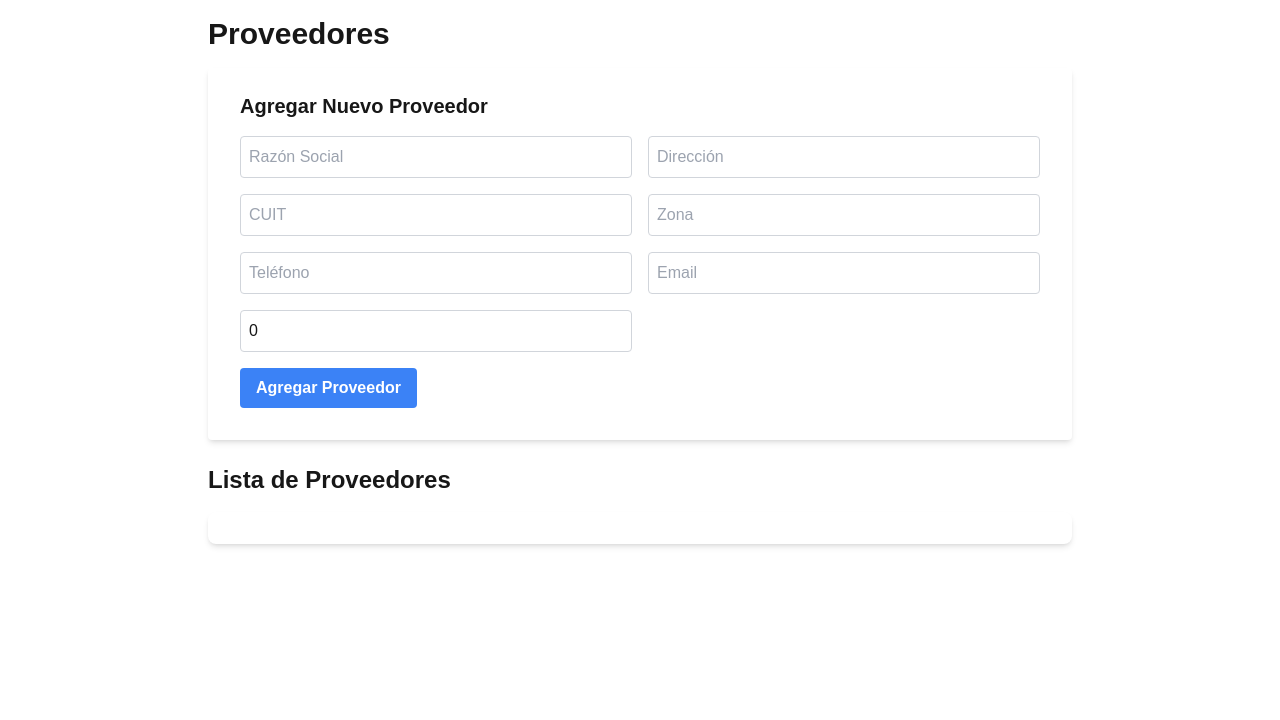
Repository: manucavallera/Sistema-Gestion
Page: /proveedores
These files come from the project's save history. The page is drawn as it stood at one moment and after the next save; the edit follows.
The browser window is 1280 px wide. The pictures show the whole page.
The page's requests for data from a server got no answer. The project was rebuilt for these pictures with package versions that can differ from the ones it lists, and the page was loaded fresh each time. The framework's server and built-in components were replaced by stand-ins that run in the browser. No one was signed in, and anything a server would have sent is missing. Also part of the build but not shown: next.config.mjs.

Above is the page before, as saved 2024-11-12 19:13:14.

After the next save:
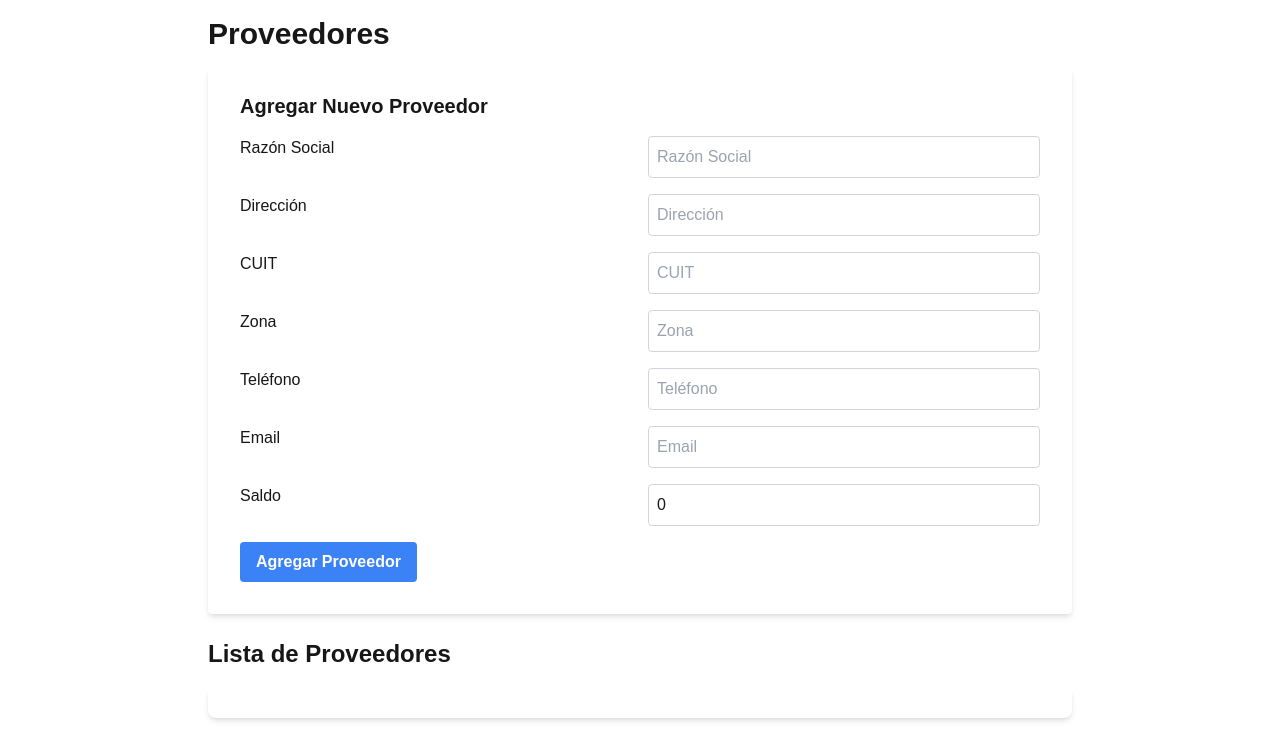
Saved 3 min 55 s later.
--- a/src/app/proveedores/page.tsx
+++ b/src/app/proveedores/page.tsx
@@ -1,4 +1,3 @@
-// app/proveedores/page.tsx (o pages/proveedores.tsx)
 "use client";
 import { useEffect, useState } from "react";
 
@@ -16,7 +15,7 @@ interface Proveedor {
 const ProveedoresPage = () => {
   const [proveedores, setProveedores] = useState<Proveedor[]>([]);
   const [nuevoProveedor, setNuevoProveedor] = useState<Proveedor>({
-    id: 0, // Solo se usa para editar
+    id: 0,
     razonSocial: "",
     direccion: "",
     cuit: "",
@@ -26,12 +25,20 @@ const ProveedoresPage = () => {
     saldo: 0,
   });
   const [isEditing, setIsEditing] = useState(false);
+  const [loading, setLoading] = useState(false);
 
   useEffect(() => {
     const fetchProveedores = async () => {
-      const response = await fetch("/api/proveedores");
-      const data = await response.json();
-      setProveedores(data);
+      setLoading(true);
+      try {
+        const response = await fetch("/api/proveedores");
+        const data = await response.json();
+        setProveedores(data);
+      } catch (error) {
+        console.error("Error al cargar proveedores:", error);
+      } finally {
+        setLoading(false);
+      }
     };
 
     fetchProveedores();
@@ -49,15 +56,20 @@ const ProveedoresPage = () => {
       ? `/api/proveedores/${nuevoProveedor.id}`
       : "/api/proveedores";
 
-    const response = await fetch(url, {
-      method,
-      headers: {
-        "Content-Type": "application/json",
-      },
-      body: JSON.stringify(nuevoProveedor),
-    });
-
-    if (response.ok) {
+    try {
+      const response = await fetch(url, {
+        method,
+        headers: {
+          "Content-Type": "application/json",
+        },
+        body: JSON.stringify(nuevoProveedor),
+      });
+
+      if (!response.ok) {
+        const errorData = await response.json();
+        throw new Error(`Error: ${errorData.message || "Error desconocido"}`);
+      }
+
       const proveedorCreado = await response.json();
       if (isEditing) {
         setProveedores((prev) =>
@@ -69,8 +81,9 @@ const ProveedoresPage = () => {
         setProveedores((prev) => [...prev, proveedorCreado]);
       }
       resetForm();
-    } else {
-      console.error("Error al guardar el proveedor");
+    } catch (error) {
+      console.error("Error al guardar el proveedor:", error);
+      alert(error.message);
     }
   };
 
@@ -116,7 +129,11 @@ const ProveedoresPage = () => {
           {isEditing ? "Editar Proveedor" : "Agregar Nuevo Proveedor"}
         </h2>
         <div className='grid grid-cols-1 md:grid-cols-2 gap-4'>
-          <input
+          <label htmlFor='razonSocial' className='block mb-1'>
+            Razón Social
+          </label>
+          <input
+            id='razonSocial'
             type='text'
             name='razonSocial'
             placeholder='Razón Social'
@@ -125,7 +142,11 @@ const ProveedoresPage = () => {
             required
             className='border border-gray-300 rounded p-2'
           />
-          <input
+          <label htmlFor='direccion' className='block mb-1'>
+            Dirección
+          </label>
+          <input
+            id='direccion'
             type='text'
             name='direccion'
             placeholder='Dirección'
@@ -134,7 +155,11 @@ const ProveedoresPage = () => {
             required
             className='border border-gray-300 rounded p-2'
           />
-          <input
+          <label htmlFor='cuit' className='block mb-1'>
+            CUIT
+          </label>
+          <input
+            id='cuit'
             type='text'
             name='cuit'
             placeholder='CUIT'
@@ -143,7 +168,11 @@ const ProveedoresPage = () => {
             required
             className='border border-gray-300 rounded p-2'
           />
-          <input
+          <label htmlFor='zona' className='block mb-1'>
+            Zona
+          </label>
+          <input
+            id='zona'
             type='text'
             name='zona'
             placeholder='Zona'
@@ -151,7 +180,11 @@ const ProveedoresPage = () => {
             onChange={handleChange}
             className='border border-gray-300 rounded p-2'
           />
-          <input
+          <label htmlFor='telefono' className='block mb-1'>
+            Teléfono
+          </label>
+          <input
+            id='telefono'
             type='text'
             name='telefono'
             placeholder='Teléfono'
@@ -159,7 +192,11 @@ const ProveedoresPage = () => {
             onChange={handleChange}
             className='border border-gray-300 rounded p-2'
           />
-          <input
+          <label htmlFor='email' className='block mb-1'>
+            Email
+          </label>
+          <input
+            id='email'
             type='email'
             name='email'
             placeholder='Email'
@@ -167,7 +204,11 @@ const ProveedoresPage = () => {
             onChange={handleChange}
             className='border border-gray-300 rounded p-2'
           />
-          <input
+          <label htmlFor='saldo' className='block mb-1'>
+            Saldo
+          </label>
+          <input
+            id='saldo'
             type='number'
             name='saldo'
             placeholder='Saldo'
@@ -185,35 +226,39 @@ const ProveedoresPage = () => {
       </form>
 
       <h2 className='text-2xl font-semibold mb-4'>Lista de Proveedores</h2>
-      <ul className='bg-white shadow-md rounded-lg p-4'>
-        {proveedores.map((proveedor) => (
-          <li
-            key={proveedor.id}
-            className='border-b border-gray-200 py-2 flex justify-between items-center'
-          >
-            <div>
-              <span className='font-semibold'>{proveedor.razonSocial}</span> -{" "}
-              {proveedor.direccion} - {proveedor.cuit} - {proveedor.zona} -{" "}
-              {proveedor.telefono} - {proveedor.email} - Saldo: $
-              {proveedor.saldo}
-            </div>
-            <div>
-              <button
-                onClick={() => handleEdit(proveedor)}
-                className='text-blue-500 hover:underline mr-2'
-              >
-                Editar
-              </button>
-              <button
-                onClick={() => handleDelete(proveedor.id)}
-                className='text-red-500 hover:underline'
-              >
-                Eliminar
-              </button>
-            </div>
-          </li>
-        ))}
-      </ul>
+      {loading ? (
+        <p>Cargando proveedores...</p>
+      ) : (
+        <ul className='bg-white shadow-md rounded-lg p-4'>
+          {proveedores.map((proveedor) => (
+            <li
+              key={proveedor.id}
+              className='border-b border-gray-200 py-2 flex justify-between items-center'
+            >
+              <div>
+                <span className='font-semibold'>{proveedor.razonSocial}</span> -{" "}
+                {proveedor.direccion} - {proveedor.cuit} - {proveedor.zona} -{" "}
+                {proveedor.telefono} - {proveedor.email} - Saldo: $
+                {proveedor.saldo}
+              </div>
+              <div>
+                <button
+                  onClick={() => handleEdit(proveedor)}
+                  className='text-blue-500 hover:underline mr-2'
+                >
+                  Editar
+                </button>
+                <button
+                  onClick={() => handleDelete(proveedor.id)}
+                  className='text-red-500 hover:underline'
+                >
+                  Eliminar
+                </button>
+              </div>
+            </li>
+          ))}
+        </ul>
+      )}
     </div>
   );
 };
